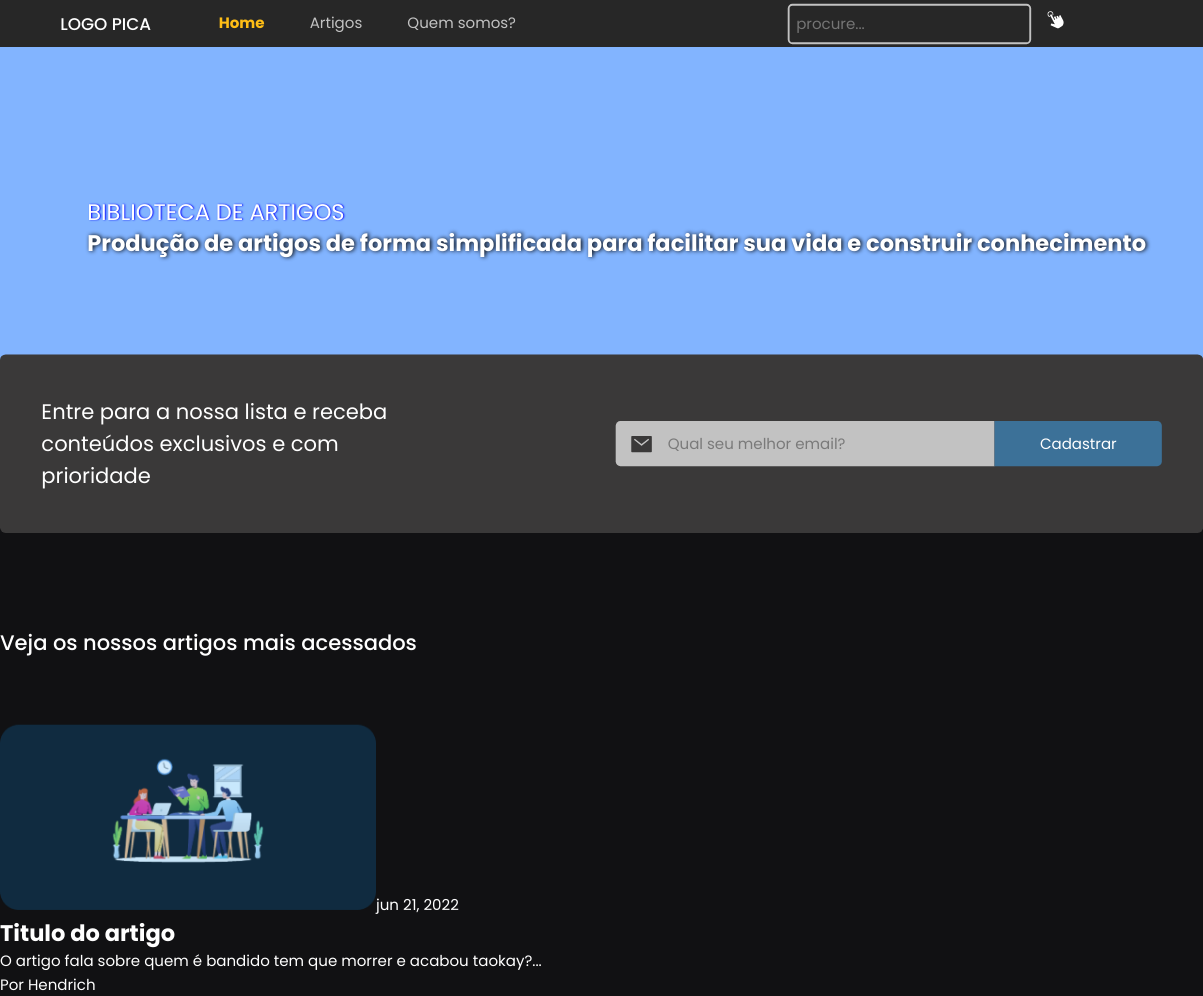
Repository: ArthurHendrich/Inepto
Page: /
These files come from the project's save history. The page is drawn as it stood at one moment and after the next save; the edit follows.
The browser window is 1280 px wide. The pictures show the whole page, at 94% of full size.
The project was rebuilt for these pictures with package versions that can differ from the ones it lists, and the page was loaded fresh each time. The framework's server and built-in components were replaced by stand-ins that run in the browser. Also part of the build but not shown: next.config.js.

Above is the page before, as saved 2022-07-06 21:13:16.

After the next save:
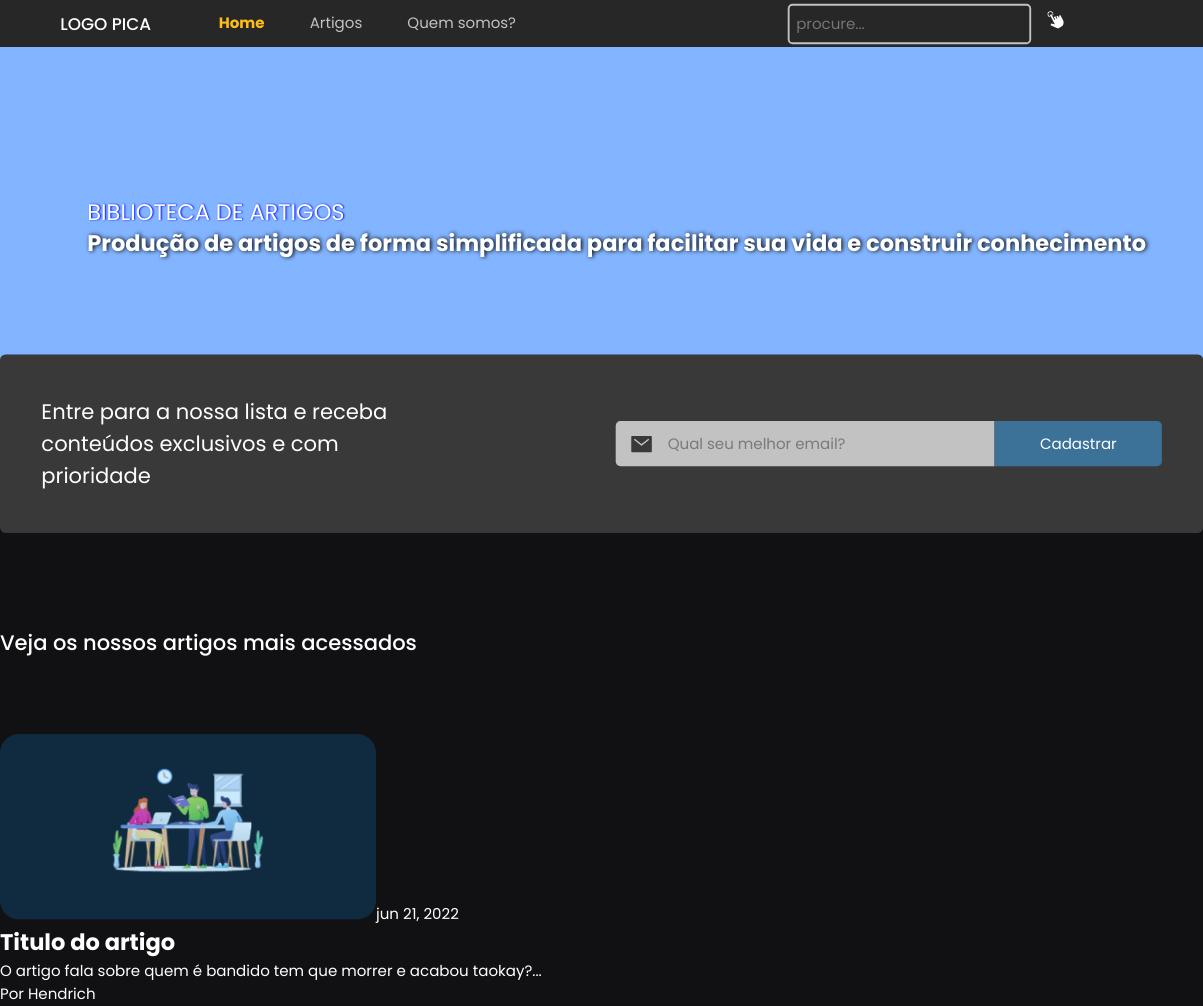
Saved 5 s later.
--- a/src/styles/home.module.scss
+++ b/src/styles/home.module.scss
@@ -110,6 +110,6 @@
   .acessTitle {
     font-size: 1.4rem;
     font-weight: 500;
-    margin-bottom: 70px;
+    margin-bottom: 80px;
   }
 }
